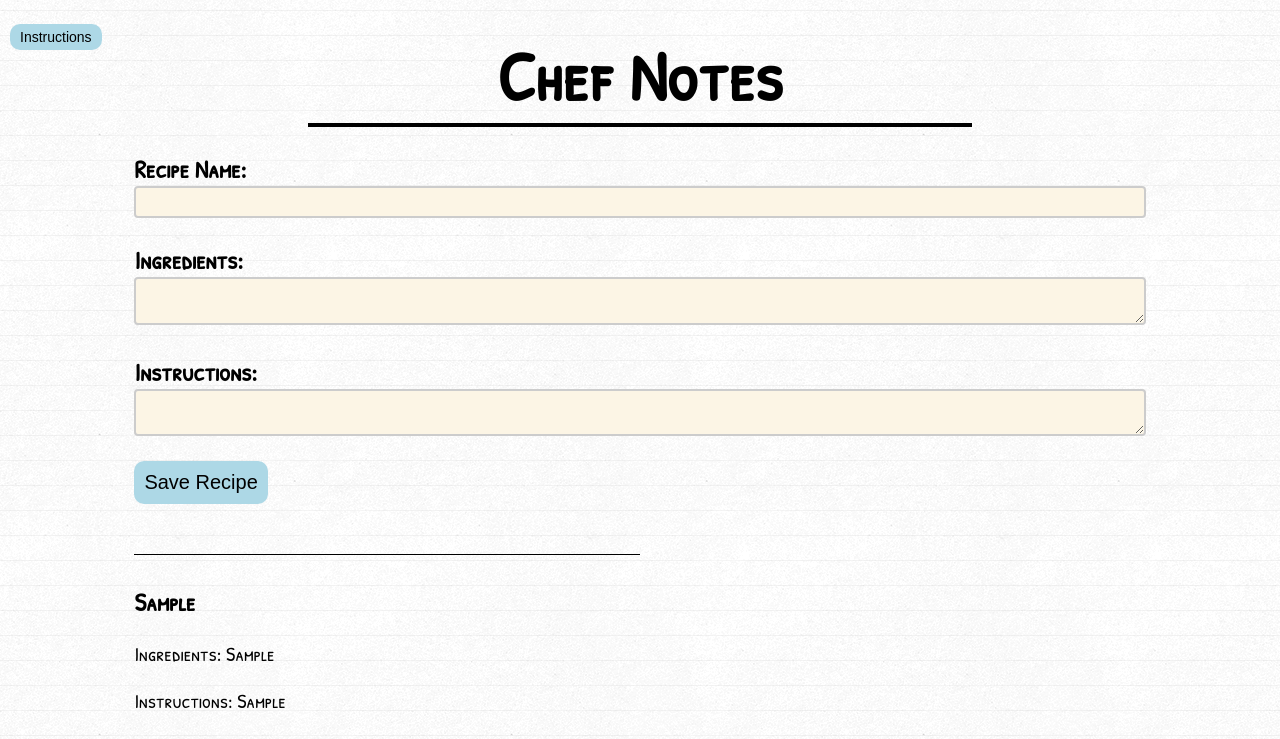
Repository: Chadloswald/RecipeSite
Page: docs/index.html
These files come from the project's save history. The page is drawn as it stood at one moment and after the next save; the edit follows.
The browser window is 1280 px wide. The pictures show the whole page.
Empty fields were first filled with sample values (such as "Sample", 5 or name@example.com).
After loading, the first visible `#saveButton` was clicked once.

Above is the page before, as saved 2023-05-29 18:51:03.

### docs/index.html
<!DOCTYPE html>
<html lang="en">
  <head>
    <meta charset="UTF-8">
    <meta name="viewport" content="width=device-width, initial-scale=1.0">
    <title>ChefNotes</title>
    <style type="text/css">
    </style>
    <link rel="stylesheet" href="style.css">
  </head>
  <body>
    <button id="help" class="help">Instructions</button>
    <h1>Chef Notes</h1>
    <form>
      <label for="name">Recipe Name:</label>
      <input type="text" id="name" name="name">
      <br>
      <label for="ingredients">Ingredients:</label>
      <textarea id="ingredients" name="ingredients"></textarea>
      <br>
      <label for="instructions">Instructions:</label>
      <textarea id="instructions" name="instructions"></textarea>
      <br>
      <div id="button-container">
        <button id="saveButton" type="button">Save Recipe</button>
        <button id="printButton">Print Recipes</button>
        <button id="emailButton">Email Recipes</button>
      </div>
    </form>
    <div id="recipe-list">
      <div class="recipe-line"></div>
    <div id="list"></div>
    </div>
    <script src="scripts.js"></script>
  </body>
</html>

### docs/style.css
@font-face {
  font-family: 'Patrick Hand';
  src: url('PatrickHandSC-Regular.ttf') format('truetype');
}

body {
  font-family: 'Patrick Hand', cursive;
  margin-top: 30px 0px 0px 0px;
  padding: 0;
  background-image: url("lined-paper-2.png");
}

h1 {
  text-align: center;
  padding: 20px 0 0 0;
  border-bottom: 4px solid black;
  margin: 0 300px;
  font-size: 70px;
}

#help {
  position: fixed;
  top: 10px;
  left: 10px;
}

.help {
  font-size: 14px;
  padding: 5px 10px;
}

form {
  width: 80%;
  margin: 0 auto;
}

label {
  display: block;
  font-weight: bold;
  margin-top: 1em;
  font-size: 25px;
}

input[type="text"], textarea {
  background-color: #FCF5E5;
  width: 100%;
  box-sizing: border-box;
  padding: 0.5em;
  border: 2px solid #ccc;
  border-radius: 4px;
}

button {
  margin: 1em auto;
  padding: 0.5em;
  border-radius: 10px;
  font-size: 20px;
  border: none;
  cursor: pointer;
  background-color: #ADD8E6;
  color: black;
}

button:hover {
  background-color: gray;
  color: #FCF5E5;
}

.button-container {
  display: flex;
  flex-direction: row;
  align-items: center;
  justify-content: center;
}

.button-container button {
  margin: 0 10px;
}

#printButton {
  display: none;
}

#emailButton {
  display: none;
}

#recipe-list {
  width: 80%;
  margin: 1em auto;
  font-size: 25px;
}

h2 {
  font-size: 25px;
}

p {
  font-size: 20px;
}

.recipe-line {
  height: 1px;
	background-color: black;
	position: relative;
	margin-top: 30px;
	margin-bottom: 30px;
	left: 0;
	width: 50%;
  display: none;
}

.recipe:not(:last-child) .recipe-line {
  display: block;
  margin-left: 25%;
}

/* Printing style */
@media print {
  /* Remove form elements */
  form {
    display: none;
  }

  /* Position Chef and Notes next to each other */
  h1 {
    display: flex;
    align-items: center;
    justify-content: center;
    font-size: 40px;
    margin: 0;
    padding-top: 20px;
    border-bottom: 4px solid black;
    page-break-after: avoid; /* prevent the header from breaking across pages */
  }

  h1 span:first-child {
    margin-right: 20px; /* add space between Chef and Notes */
  }

  /* Adjust margins and padding */
  body {
    margin: 20mm 25mm 20mm 25mm; /* top right bottom left */
    padding: 0;
  }

  h2 {
    font-size: 30px;
  }

  p {
    font-size: 20px;
  }

  /* Add page breaks between recipes */
  .recipe:not(:last-child) {
    page-break-after: always;
  }
  #recipe-list {
    margin-left: 0;
  }
}

/* CSS for screens up to 820px */
@media screen and (max-width: 820px) {
  body {
    margin-top: 12px;
  }

  h1 {
    font-size: 38px;
    margin: 0 40px;
  }

  form {
    width: 85%;
  }

  button {
    font-size: 14px;
    padding: 0.25em;
  }
}

/* CSS for screens up to 600px */
@media screen and (max-width: 600px) {
  body {
    margin-top: 10px;
  }

  h1 {
    font-size: 40px;
    margin: 0 50px;
  }

  form {
    width: 90%;
  }

  button {
    font-size: 15px;
    padding: 0.3em;
  }
}

/* CSS for screens up to 480px */
@media screen and (max-width: 480px) {
  body {
    margin-top: 15px;
  }

  h1 {
    font-size: 35px;
    margin: 0 30px;
  }

  form {
    width: 80%;
  }

  button {
    font-size: 12px;
    padding: 0.2em;
  }
}

/* CSS for screens up to 320px */
@media screen and (max-width: 320px) {
  body {
    margin-top: 20px;
  }

  h1 {
    font-size: 30px;
    margin: 0 20px;
  }

  form {
    width: 70%;
  }

  button {
    font-size: 10px;
    padding: 0.1em;
  }
}

### docs/scripts.js
const recipeList = document.getElementById('recipe-list');

document.addEventListener('DOMContentLoaded', function() {

  const save = document.getElementById('saveButton');

  const nameInput = document.getElementById('name');
  const ingredientsInput = document.getElementById('ingredients');
  const instructionsInput = document.getElementById('instructions');

  save.addEventListener('click', function() {
    const name = nameInput.value;
    const ingredients = ingredientsInput.value;
    const instructions = instructionsInput.value;

    const recipe = document.createElement('div');
    recipe.classList.add('recipe'); // Add the 'recipe' class

    const recipeName = document.createElement('h2');
    const recipeIngredients = document.createElement('p');
    const recipeInstructions = document.createElement('p');
    const recipeLine = document.createElement('div');

    recipeLine.classList.add('recipe-line');

    recipe.appendChild(recipeLine);

    recipeName.innerText = name;
    recipeIngredients.innerText = `Ingredients: ${ingredients}`;
    recipeInstructions.innerText = `Instructions: ${instructions}`;

    recipe.appendChild(recipeName);
    recipe.appendChild(recipeIngredients);
    recipe.appendChild(recipeInstructions);

    recipeList.appendChild(recipe);

    recipeLine.style.display = 'block';

    nameInput.value = '';
    ingredientsInput.value = '';
    instructionsInput.value = '';
  });

  const printButton = document.getElementById('printButton');

  printButton.addEventListener('click', function() {
    window.print();
    event.preventDefault();
  });

  const emailButton = document.getElementById('emailButton');

  emailButton.addEventListener('click', function() {
    // Get the saved recipe list
    const recipes = recipeList.getElementsByClassName('recipe');

    // Create the email body with the contents of the saved recipe list
    let emailBody = '';
    for (let i = 0; i < recipes.length; i++) {
      const recipe = recipes[i];
      const recipeName = recipe.querySelector('h2').innerText;
      const recipeIngredients = recipe.querySelector('p:nth-of-type(1)').innerText;
      const recipeInstructions = recipe.querySelector('p:nth-of-type(2)').innerText;

      emailBody += `${recipeName}\n\nIngredients: ${recipeIngredients}\n\nInstructions: ${recipeInstructions}\n\n`;
    }

    event.preventDefault();
    // Open the default email client with the populated email body
    const subject = 'My Saved Recipes';
    const mailtoLink = `mailto:?subject=${encodeURIComponent(subject)}&body=${encodeURIComponent(emailBody)}`;
    window.location.href = mailtoLink;

  });

  help.addEventListener('click', function() {
    window.alert("\nWelcome to Chef Notes! \nChef Notes is designed for you to quickly jot down those recipe ideas that you have on the go! Just fill in the Recipe Name, the Ingredients, and the Directions into the corresponding fields then click the Save Recipe button. \nOnce you've got a recipe or two saved up, click the Print Recipe button to open your devices print services, select a printer, then print a hard copy of your recipes \nClick the Email Recipes button to open up your device's default email client so you can send your recipes wherever they need to go!");
  });
});

After the next save:
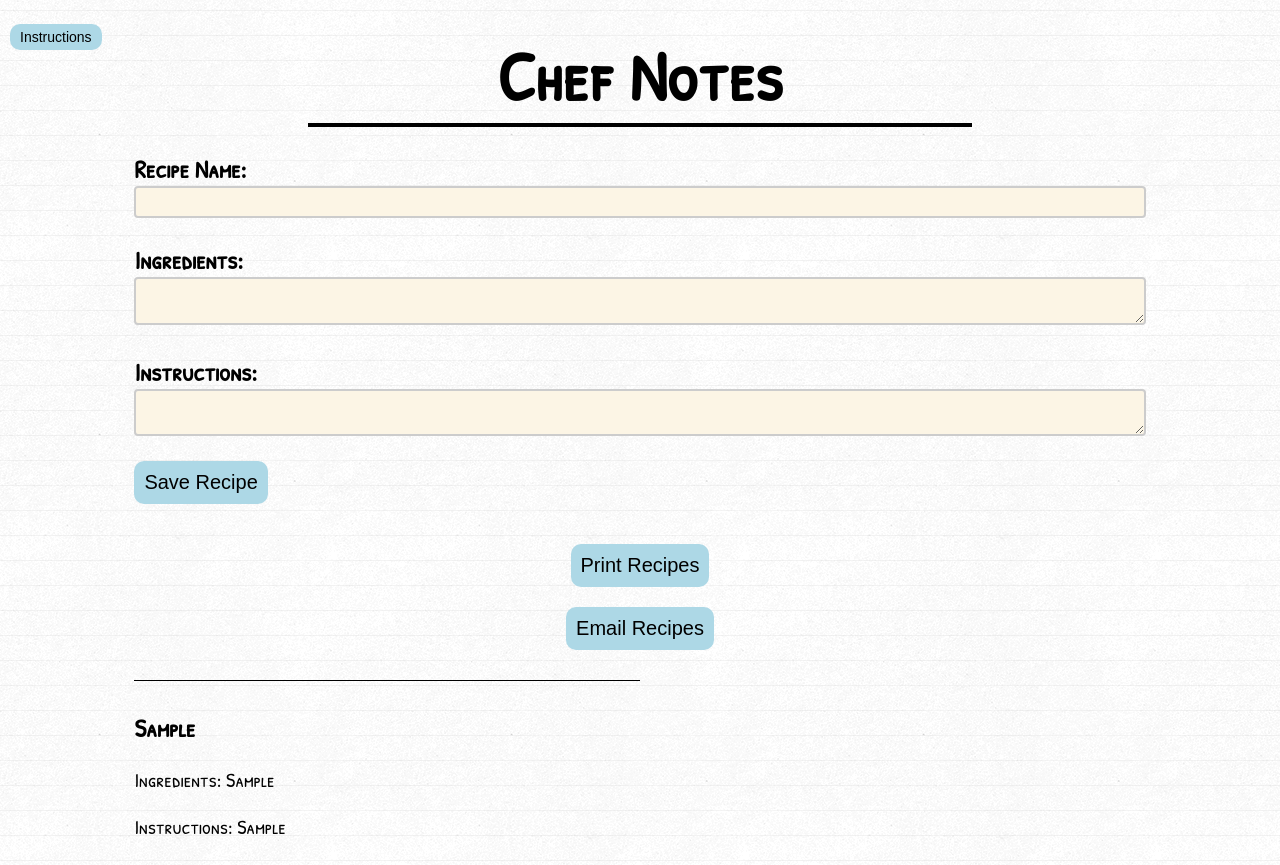
Saved 3 min 31 s later.
--- a/docs/scripts.js
+++ b/docs/scripts.js
@@ -9,6 +9,10 @@ document.addEventListener('DOMContentLoaded', function() {
   const instructionsInput = document.getElementById('instructions');
 
   save.addEventListener('click', function() {
+
+    document.getElementById("printButton").style.display = "block";
+    document.getElementById("emailButton").style.display = "block";
+
     const name = nameInput.value;
     const ingredients = ingredientsInput.value;
     const instructions = instructionsInput.value;
